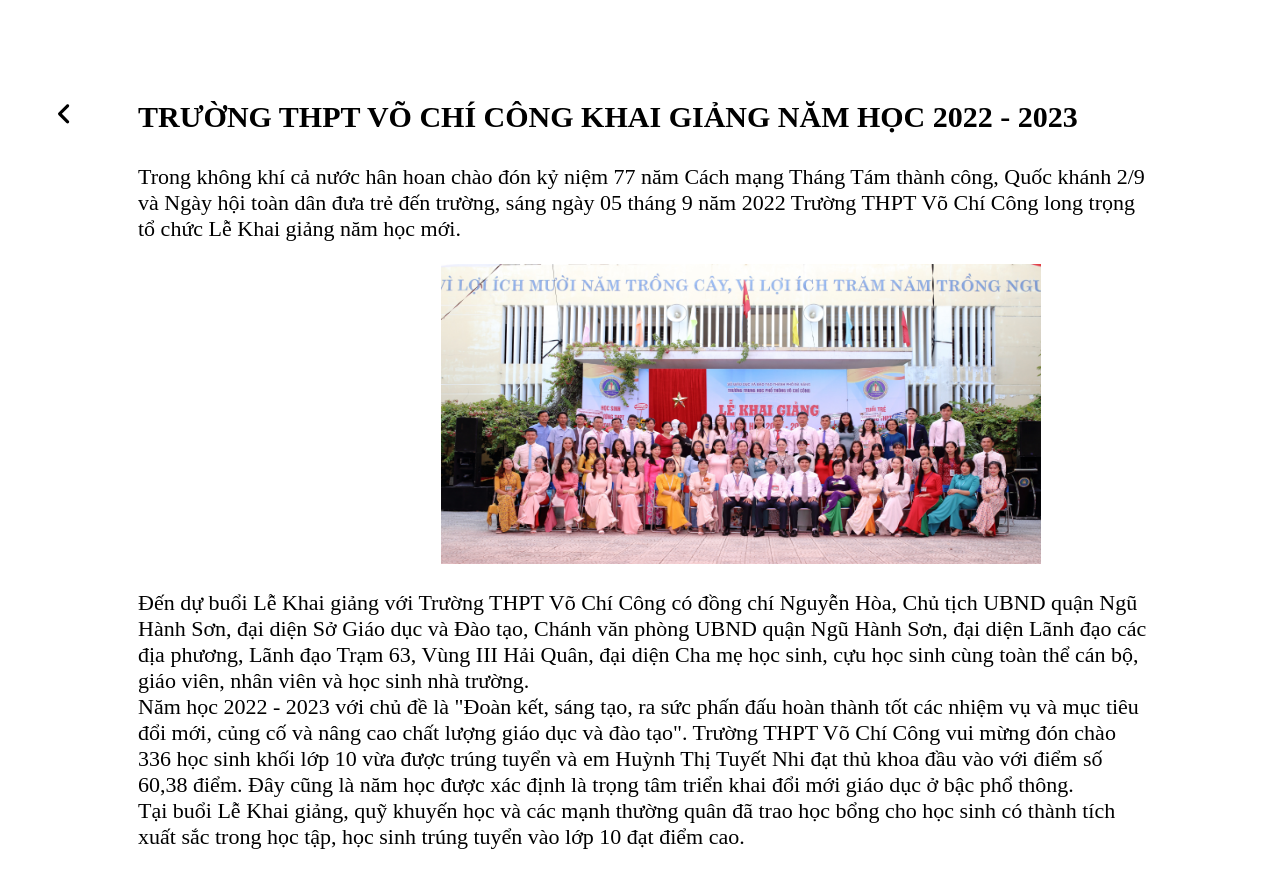
Repository: dphasst17/THPTVCC
Page: new/new_content/new_content2.html
These files come from the project's save history. The page is drawn as it stood at one moment and after the next save; the edit follows.
The browser window is 1280 px wide. The pictures show the whole page.

Above is the page before, as saved 2022-10-13 11:12:15.

### new/new_content/new_content2.html
<!DOCTYPE html>
<html lang="en">
<head>
    <meta charset="UTF-8">
    <meta http-equiv="X-UA-Compatible" content="IE=edge">
    <meta name="viewport" content="width=device-width, initial-scale=1.0">
    <style>
        .content{
            width:80%;
            height:auto;
            margin-top:100px;
            margin-left:130px;
        }
        p{
            font-size:22px;
        }
        h3{
            font-size:30px;
        }
        img{
            width:600px;
            height:300px;
            margin-left:30%;
        }
        .back svg{
            width: 1%;
            margin: 1px 50px;
            position: absolute;
        }
    </style>
</head>
<body>
    <div class="back">
        <a href="../new_content/new_content_home.html">
            <svg xmlns="http://www.w3.org/2000/svg" viewBox="0 0 256 512">
                <path d="M192 448c-8.188 0-16.38-3.125-22.62-9.375l-160-160c-12.5-12.5-12.5-32.75 0-45.25l160-160c12.5-12.5 32.75-12.5 45.25 0s12.5 32.75 0 45.25L77.25 256l137.4 137.4c12.5 12.5 12.5 32.75 0 45.25C208.4 444.9 200.2 448 192 448z"/>
            </svg>
        </a>
    </div>
    <div class="content">
        <h3>TRƯỜNG THPT VÕ CHÍ CÔNG KHAI GIẢNG NĂM HỌC 2022 - 2023</h3>
        <p>Trong không khí cả nước hân hoan chào đón kỷ niệm 77 năm Cách mạng Tháng Tám thành công, Quốc khánh 2/9 và Ngày hội toàn dân đưa trẻ đến trường,
            sáng ngày 05 tháng 9 năm 2022 Trường THPT Võ Chí Công long trọng tổ chức Lễ Khai giảng năm học mới.</p>
        <img src="../new_img/2.jpg" alt="">
        <p>Đến dự buổi Lễ Khai giảng với Trường THPT Võ Chí Công có đồng chí Nguyễn Hòa, Chủ tịch UBND quận Ngũ Hành Sơn, đại diện Sở Giáo dục và Đào tạo, Chánh văn phòng UBND quận Ngũ Hành Sơn, đại diện Lãnh đạo các địa phương, Lãnh đạo Trạm 63, Vùng III Hải Quân, đại diện Cha mẹ học sinh, cựu học sinh cùng toàn thể cán bộ, giáo viên, nhân viên và học sinh nhà trường.
            <br>
            Năm học 2022 - 2023 với chủ đề là "Đoàn kết, sáng tạo, ra sức phấn đấu hoàn thành tốt các nhiệm vụ và mục tiêu đổi mới, củng cố và nâng cao chất lượng giáo dục và đào tạo". Trường THPT Võ Chí Công vui mừng đón chào 336 học sinh khối lớp 10 vừa được trúng tuyển và em Huỳnh Thị Tuyết Nhi đạt thủ khoa đầu vào với điểm số 60,38 điểm. Đây cũng là năm học được xác định là trọng tâm triển khai đổi mới giáo dục ở bậc phổ thông.
            <br>
            Tại buổi Lễ Khai giảng, quỹ khuyến học và các mạnh thường quân đã trao học bổng cho học sinh có thành tích xuất sắc trong học tập, học sinh trúng tuyển vào lớp 10 đạt điểm cao.
            <br>
        </p>
    </div>
</body>
</html>

After the next save:
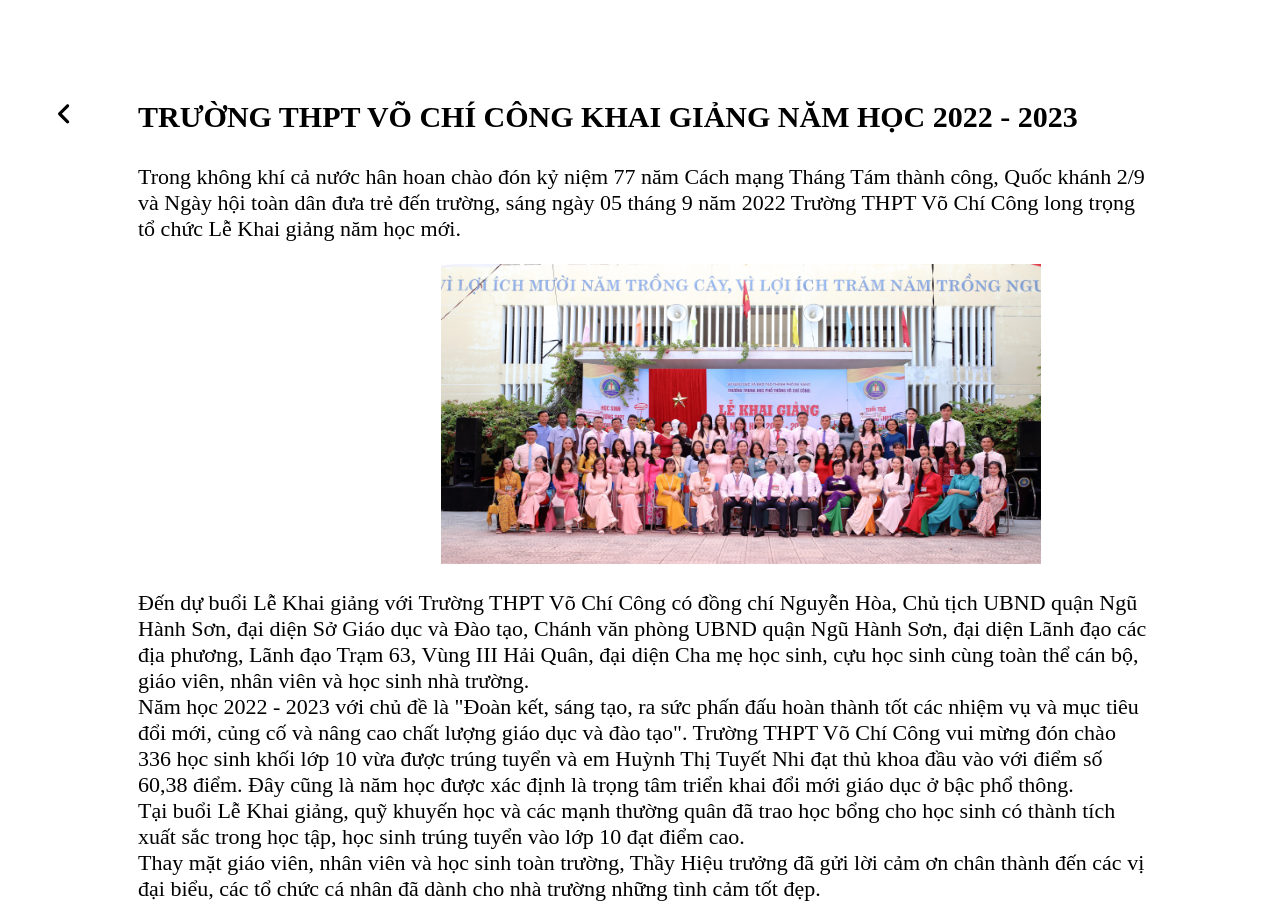
Saved 20 s later.
--- a/new/new_content/new_content2.html
+++ b/new/new_content/new_content2.html
@@ -48,6 +48,8 @@
             <br>
             Tại buổi Lễ Khai giảng, quỹ khuyến học và các mạnh thường quân đã trao học bổng cho học sinh có thành tích xuất sắc trong học tập, học sinh trúng tuyển vào lớp 10 đạt điểm cao.
             <br>
+            Thay mặt giáo viên, nhân viên và học sinh toàn trường, Thầy Hiệu trưởng đã gửi lời cảm ơn chân thành đến các vị đại biểu, các tổ chức cá nhân đã dành cho nhà trường những tình cảm tốt đẹp.
+            <br>
         </p>
     </div>
 </body>
